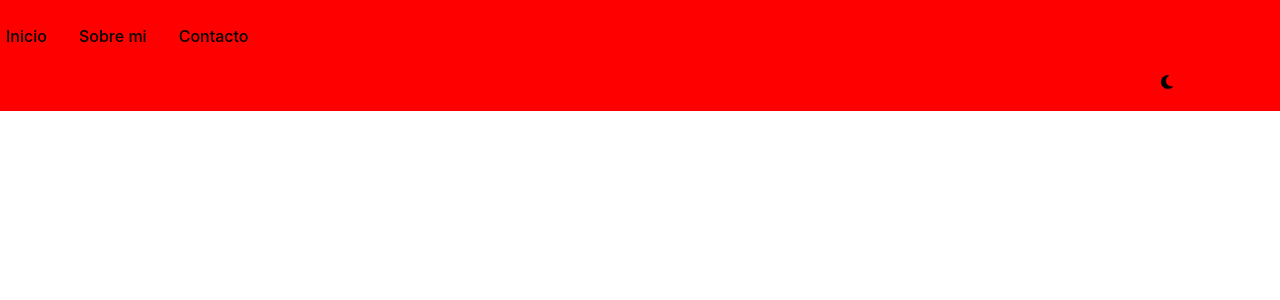
Repository: izhanlaraagarcia/izhanlaraagarcia.github.io
Page: / (app in vite-project/)
The author's editor kept a copy of each file at every save. The page is drawn from the files as they stood at one save, then again after the next save.
The browser window is 1280 px wide. The pictures show the whole page.
The project was rebuilt for these pictures with package versions that can differ from the ones it lists, and the page was loaded fresh each time. Also part of the build but not shown: vite-project/vite.config.js, vite-project/src/Home/Styles/estilos.css, vite-project/src/pages/About/about.jsx, vite-project/src/pages/Contact/contact.jsx.

Above is the page before, as saved 2024-07-10 13:28:16.

After the next save:
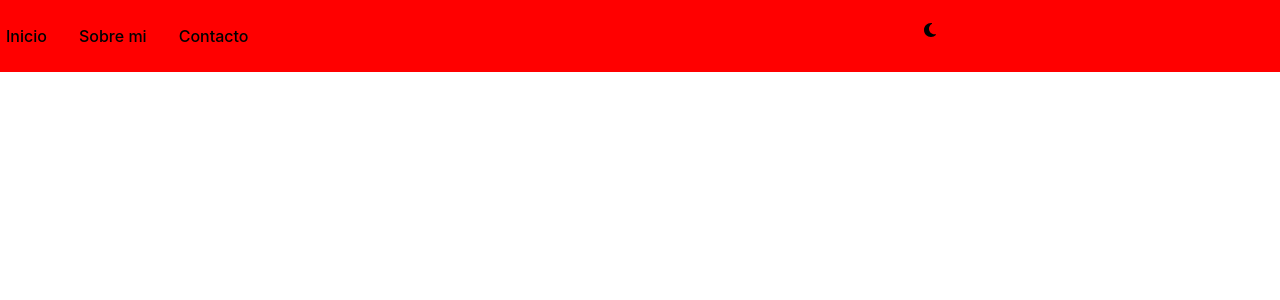
Saved 16 s later.
--- a/vite-project/src/Componentes-Generales/thema.jsx
+++ b/vite-project/src/Componentes-Generales/thema.jsx
@@ -18,7 +18,7 @@
   return (
     <button
       id="tema"
-      style={{ cursor: 'pointer', background: 'none', border: 'none', outline: 'none' , marginLeft: '90%'}}
+      style={{ cursor: 'pointer', background: 'none', border: 'none', outline: 'none' , marginLeft: '50%'}}
       onClick={handleClick}
       aria-label={dark ? 'Cambiar al modo claro' : 'Cambiar al modo oscuro'}
     >

After the 2 saves that followed:
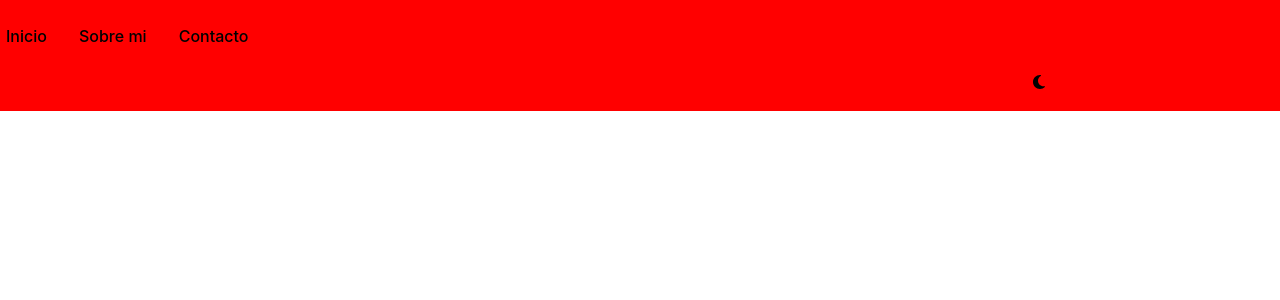
The 2 saves are shown as one change because they came seconds apart.
The last was saved 7 s later.
--- a/vite-project/src/Componentes-Generales/thema.jsx
+++ b/vite-project/src/Componentes-Generales/thema.jsx
@@ -18,7 +18,7 @@
   return (
     <button
       id="tema"
-      style={{ cursor: 'pointer', background: 'none', border: 'none', outline: 'none' , marginLeft: '50%'}}
+      style={{ cursor: 'pointer', background: 'none', border: 'none', outline: 'none' , marginLeft: '80%'}}
       onClick={handleClick}
       aria-label={dark ? 'Cambiar al modo claro' : 'Cambiar al modo oscuro'}
     >
